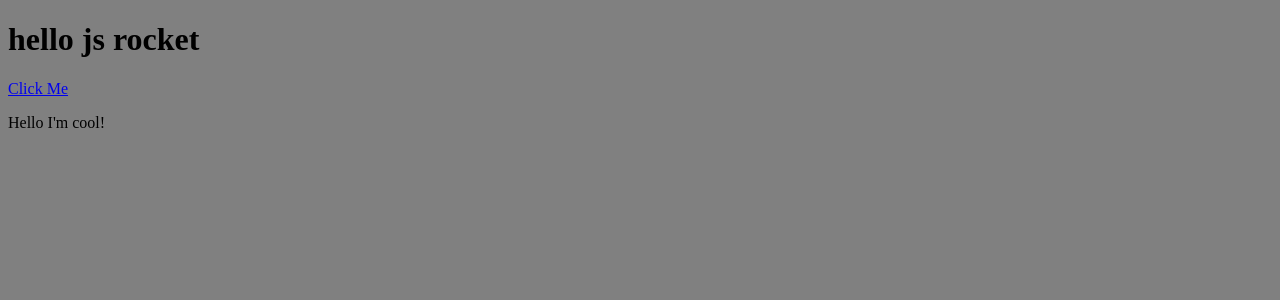
Repository: alcarrizo/Rocket-launch
Page: index.html
The author's editor kept a copy of each file at every save. The page is drawn from the files as they stood at one save, then again after the next save.
The browser window is 1280 px wide. The pictures show the whole page.

Above is the page before, as saved 2022-10-19 17:16:05.
Console error: ReferenceError: doCoolStuff is not defined

After the next save:
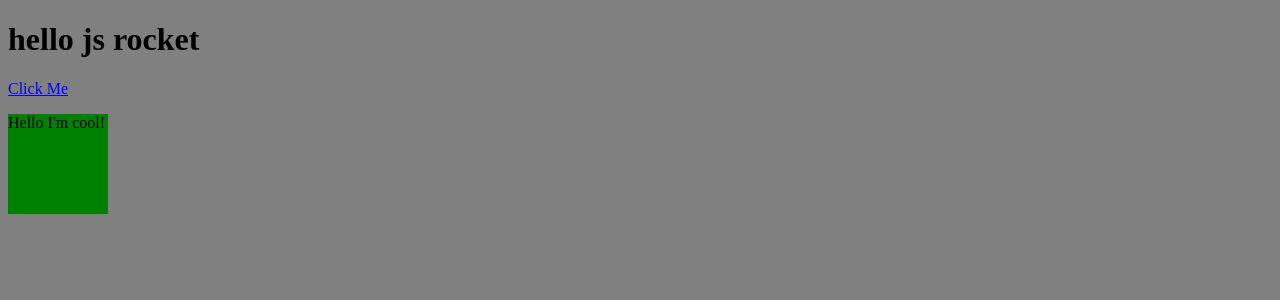
Saved 35 s later.
--- a/css/style.css
+++ b/css/style.css
@@ -2,4 +2,13 @@ body {
     background-color: gray;
 }
 
-.cool {}
+.cool {
+    width: 100px;
+    height: 100px;
+    background-color: green;
+
+}
+
+.cool.red {
+    background-color: red;
+}
